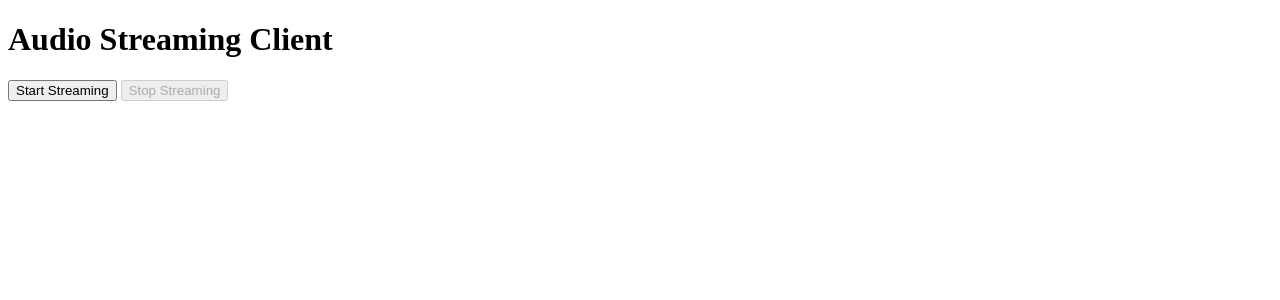
Repository: organicnz/audio
Page: audio_client.html
An editor plug-in stored every save of this project. The page is shown before and after the next save, followed by the edit.
The browser window is 1280 px wide. The pictures show the whole page.

Above is the page before, as saved 2024-10-30 14:07:13.

### audio_client.html
<!DOCTYPE html>
<html>
<head>
    <title>Audio Streaming Client</title>
</head>
<body>
    <h1>Audio Streaming Client</h1>
    <button id="startBtn">Start Streaming</button>
    <button id="stopBtn" disabled>Stop Streaming</button>

    <script>
        let socket;
        let mediaRecorder;
        let audioChunks = [];

        const startBtn = document.getElementById('startBtn');
        const stopBtn = document.getElementById('stopBtn');

        startBtn.onclick = startStreaming;
        stopBtn.onclick = stopStreaming;

        function startStreaming() {
            socket = new WebSocket('ws://' + window.location.host + '/ws');

            socket.onopen = () => {
                console.log('WebSocket connection established');
                navigator.mediaDevices.getUserMedia({ audio: true })
                    .then(stream => {
                        mediaRecorder = new MediaRecorder(stream);
                        mediaRecorder.ondataavailable = event => {
                            audioChunks.push(event.data);
                            if (audioChunks.length > 0) {
                                const audioBlob = new Blob(audioChunks);
                                const reader = new FileReader();
                                reader.onloadend = () => {
                                    const base64data = reader.result.split(',')[1];
                                    socket.send(JSON.stringify({
                                        event: 'audio',
                                        data: base64data
                                    }));
                                };
                                reader.readAsDataURL(audioBlob);
                                audioChunks = [];
                            }
                        };
                        mediaRecorder.start(100);
                        socket.send(JSON.stringify({ event: 'start' }));
                        startBtn.disabled = true;
                        stopBtn.disabled = false;
                    });
            };
        }

        function stopStreaming() {
            if (mediaRecorder) {
                mediaRecorder.stop();
            }
            if (socket) {
                socket.send(JSON.stringify({ event: 'stop' }));
                socket.close();
            }
            startBtn.disabled = false;
            stopBtn.disabled = true;
        }
    </script>
</body>
</html>

After the next save:
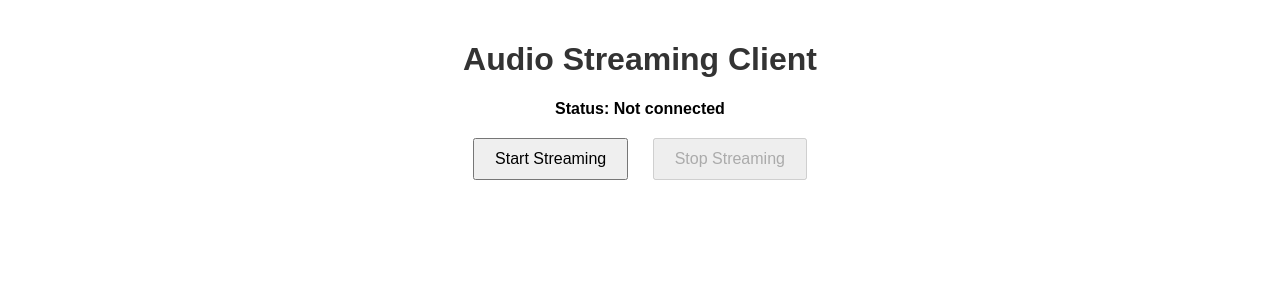
Saved 2 min 50 s later.
--- a/audio_client.html
+++ b/audio_client.html
@@ -1,20 +1,57 @@
 <!DOCTYPE html>
-<html>
+<html lang="en">
 <head>
+    <meta charset="UTF-8">
+    <meta name="viewport" content="width=device-width, initial-scale=1.0">
     <title>Audio Streaming Client</title>
+    <style>
+        body {
+            font-family: Arial, sans-serif;
+            max-width: 800px;
+            margin: 0 auto;
+            padding: 20px;
+            text-align: center;
+        }
+        h1 {
+            color: #333;
+        }
+        #status {
+            margin: 20px 0;
+            font-weight: bold;
+        }
+        button {
+            padding: 10px 20px;
+            font-size: 16px;
+            margin: 0 10px;
+            cursor: pointer;
+        }
+        #recordingsList {
+            list-style-type: none;
+            padding: 0;
+            margin-top: 20px;
+        }
+        #recordingsList li {
+            margin: 10px 0;
+        }
+    </style>
 </head>
 <body>
     <h1>Audio Streaming Client</h1>
+    <div id="status">Status: Not connected</div>
     <button id="startBtn">Start Streaming</button>
     <button id="stopBtn" disabled>Stop Streaming</button>
+    <ul id="recordingsList"></ul>
 
     <script>
         let socket;
         let mediaRecorder;
         let audioChunks = [];
+        let recordingCounter = 0;
 
         const startBtn = document.getElementById('startBtn');
         const stopBtn = document.getElementById('stopBtn');
+        const status = document.getElementById('status');
+        const recordingsList = document.getElementById('recordingsList');
 
         startBtn.onclick = startStreaming;
         stopBtn.onclick = stopStreaming;
@@ -23,7 +60,7 @@
             socket = new WebSocket('ws://' + window.location.host + '/ws');
 
             socket.onopen = () => {
-                console.log('WebSocket connection established');
+                status.textContent = 'Status: Connected';
                 navigator.mediaDevices.getUserMedia({ audio: true })
                     .then(stream => {
                         mediaRecorder = new MediaRecorder(stream);
@@ -49,6 +86,12 @@
                         stopBtn.disabled = false;
                     });
             };
+
+            socket.onclose = () => {
+                status.textContent = 'Status: Disconnected';
+                startBtn.disabled = false;
+                stopBtn.disabled = true;
+            };
         }
 
         function stopStreaming() {
@@ -59,6 +102,10 @@
                 socket.send(JSON.stringify({ event: 'stop' }));
                 socket.close();
             }
+            recordingCounter++;
+            const listItem = document.createElement('li');
+            listItem.textContent = `Recording ${recordingCounter} saved`;
+            recordingsList.appendChild(listItem);
             startBtn.disabled = false;
             stopBtn.disabled = true;
         }
